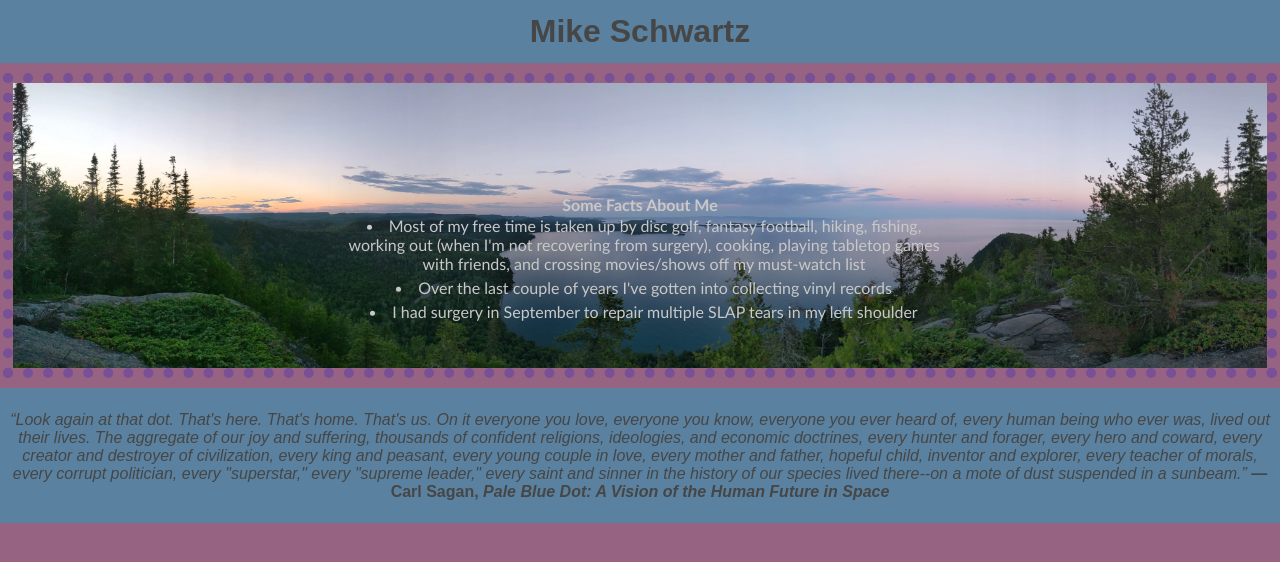
Repository: Ellusionism/prime-pw-week-1-assignment
Page: assignment/index.html
An editor plug-in stored every save of this project. The page is shown before and after the next save, followed by the edit.
The browser window is 1280 px wide. The pictures show the whole page.

Above is the page before, as saved 2022-10-26 18:06:07.

After the next save:
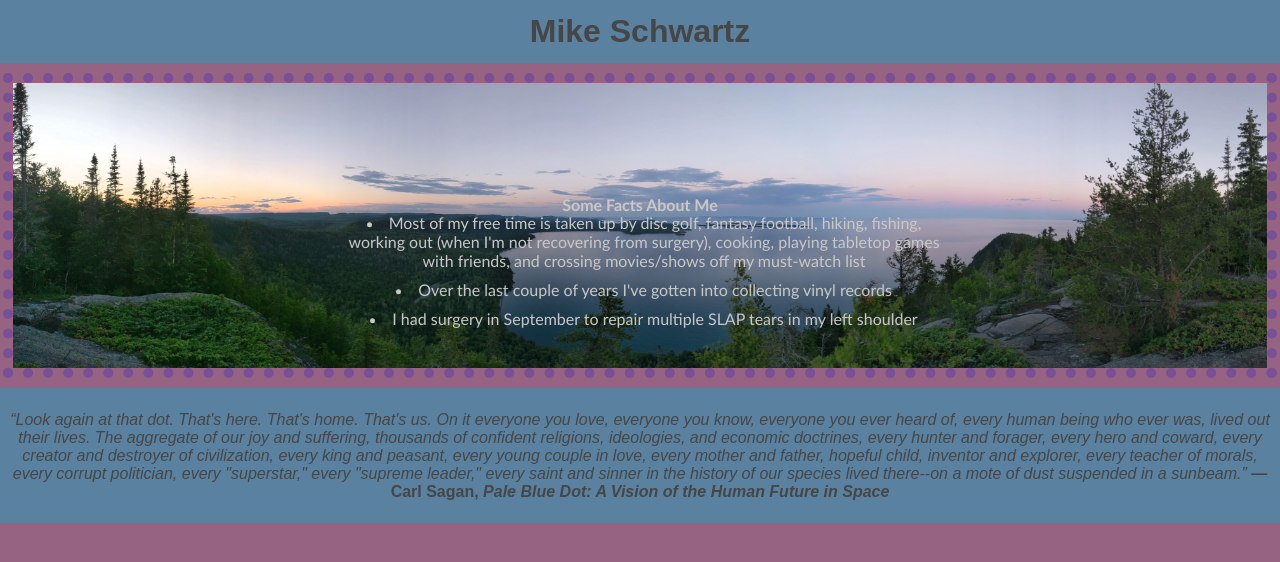
Saved 5 s later.
--- a/assignment/style.css
+++ b/assignment/style.css
@@ -67,7 +67,7 @@
 }
 
 .facts-list li + li {
- margin-top: 5px;
+ margin-top: 10px;
 }
 
  .container {

After the save that followed:
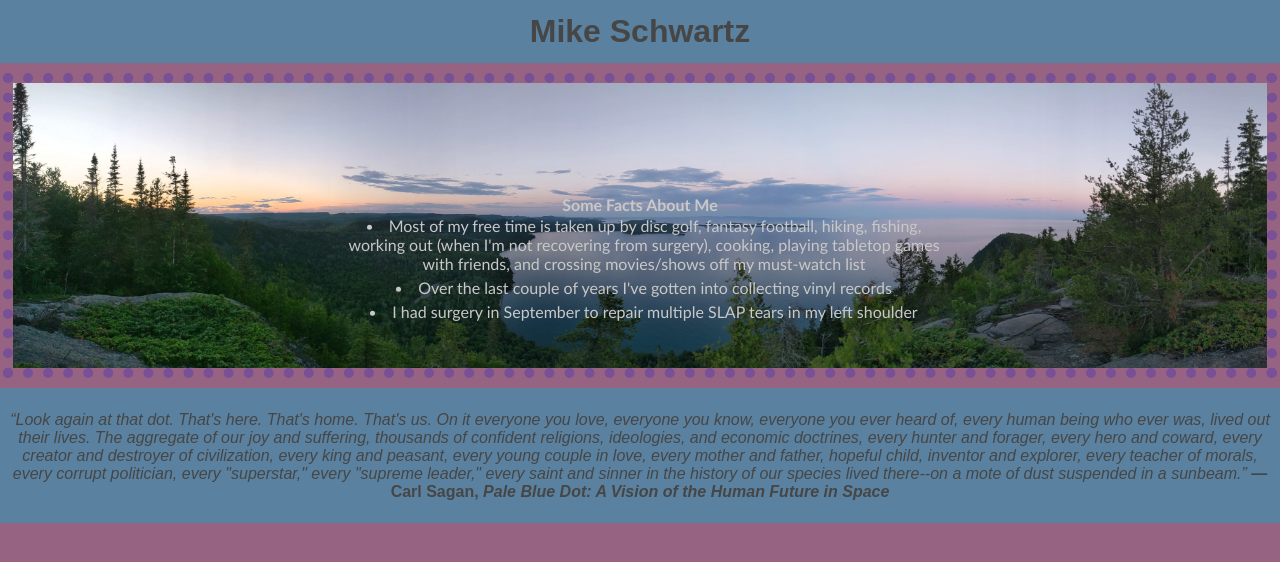
Saved 5 s later.
--- a/assignment/style.css
+++ b/assignment/style.css
@@ -67,7 +67,7 @@
 }
 
 .facts-list li + li {
- margin-top: 10px;
+ margin-top: 5px;
 }
 
  .container {
